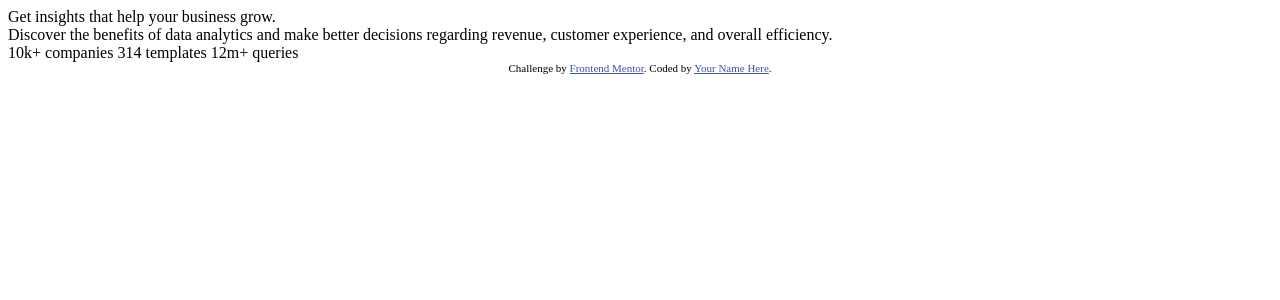
Repository: wasanmsn/Card_Challange
Page: index.html
These files come from the project's save history. The page is drawn as it stood at one moment and after the next save; the edit follows.
The browser window is 1280 px wide. The pictures show the whole page.

Above is the page before, as saved 2021-07-21 15:32:53.

### index.html
<!DOCTYPE html>
<html lang="en">
<head>
  <meta charset="UTF-8">
  <meta name="viewport" content="width=device-width, initial-scale=1.0"> <!-- displays site properly based on user's device -->

  <link rel="icon" type="image/png" sizes="32x32" href="./images/favicon-32x32.png">
  <link rel="stylesheet" href="./stylesheet.css">

  <title>Frontend Mentor | Stats preview card component</title>

  <!-- Feel free to remove these styles or customise in your own stylesheet 👍 -->
  <style>
    .attribution { font-size: 11px; text-align: center; }
    .attribution a { color: hsl(228, 45%, 44%); }
  </style>
</head>
<body>
  <div>
  Get insights that help your business grow.
  </div>
  <div>
  Discover the benefits of data analytics and make better decisions regarding revenue, customer
  experience, and overall efficiency.
  </div>
  <div>
    10k+ companies
    314 templates
    12m+ queries
  </div>

  <div class="attribution">
    Challenge by <a href="https://www.frontendmentor.io?ref=challenge" target="_blank">Frontend Mentor</a>.
    Coded by <a href="#">Your Name Here</a>.
  </div>
</body>
</html>

Loaded but not shown: stylesheet.css (no stored copy; drawn as an empty file)

After the next save:
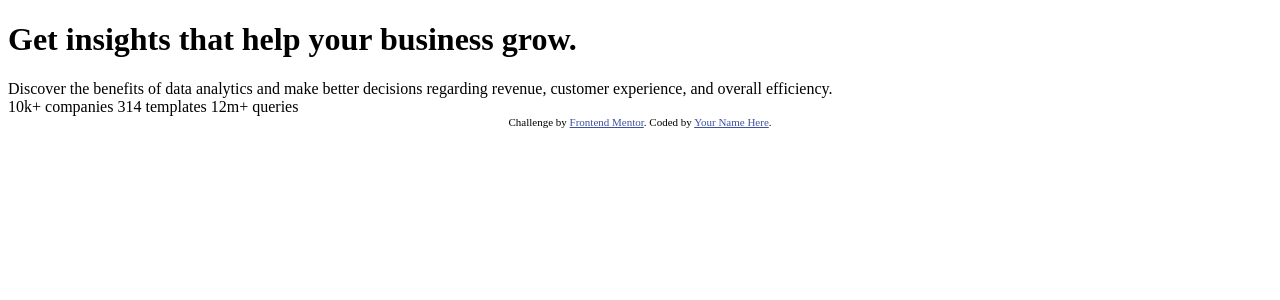
Saved 21 s later.
--- a/index.html
+++ b/index.html
@@ -16,9 +16,9 @@
   </style>
 </head>
 <body>
-  <div>
+  <h1>
   Get insights that help your business grow.
-  </div>
+  </h1>
   <div>
   Discover the benefits of data analytics and make better decisions regarding revenue, customer
   experience, and overall efficiency.
